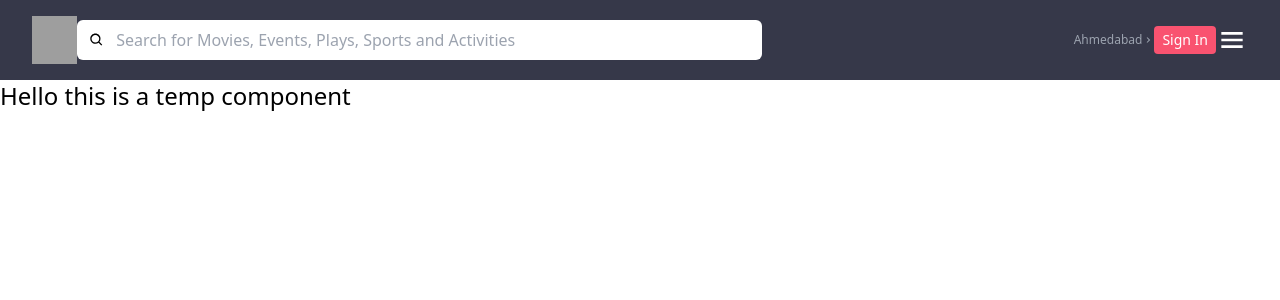
Repository: srush-shah/book-my-show-clone
Page: /
These files come from the project's save history. The page is drawn as it stood at one moment and after the next save; the edit follows.
The browser window is 1280 px wide. The pictures show the whole page.
Pictures or frames that could not be fetched are drawn as grey boxes. The project was rebuilt for these pictures with package versions that can differ from the ones it lists, and the page was loaded fresh each time.

Above is the page before, as saved 2022-11-23 02:34:05.

### src/App.jsx
import DefaultHOC from "./HOC/Default.HOC";
import Temp from "./components/temp";

function App() {
  return (
    <>
      <DefaultHOC path="/" exact element={<Temp />} />
    </>
  );
}

export default App;

### src/HOC/Default.HOC.jsx
import React from "react";
import { Route, Routes } from "react-router-dom";
import DefaultLayout from "../layouts/Default.layout";

const DefaultHOC = ({ element: Element, ...rest }) => {
  return (
    <>
      <Routes>
        <Route {...rest} exact element={<DefaultLayout element={Element} />} />
      </Routes>
    </>
  );
};

export default DefaultHOC;

### src/components/temp.jsx
import React from "react";

function Temp() {
  return (
    <>
      <h1 className="text-2xl">Hello this is a temp component</h1>
    </>
  );
}

export default Temp;

### src/layouts/Default.layout.jsx
import React from "react";

//Components
import Navbar from "../components/Navbar/navbar.component";

const DefaultLayout = ({ element: Element, ...props }) => {
  return (
    <>
      <Navbar />
      {Element}
    </>
  );
};

export default DefaultLayout;

### src/components/Navbar/navbar.component.jsx
import React from "react";
import { BiChevronRight, BiSearch, BiMenu } from "react-icons/bi";

const NavSm = () => {
  return (
    <>
      <div className="text-white flex items-center justify-between">
        <div>
          <h3 className="text-xl font-bold">It All Starts Here!</h3>
          <span className="text-gray-400 text-xs flex items-center">
            Ahmedabad <BiChevronRight />
          </span>
        </div>
        <div className="w-8 h-8">
          <BiSearch className="w-full h-full" />
        </div>
      </div>
    </>
  );
};
const NavMd = () => {
  return (
    <div className="w-full flex items-center gap-3 bg-white py-2 px-3 rounded-md">
      <BiSearch />
      <input
        type="search"
        className="w-full bg-transparent border-none focus:outline-none"
        placeholder="Search for Movies, Events, Plays, Sports and Activities"
      />
    </div>
  );
};
const NavLg = () => {
  return (
    <>
      <div className="container mx-auto px-4 flex items-center justify-between">
        <div className="flex items-center w-3/5">
          <div className="w-12 h-12">
            <img
              src="https://i.ibb.co/zPBYW3H/imgbin-bookmyshow-office-android-ticket-png.png"
              alt="logo"
              className="w-full h-full"
            />
          </div>
          <div className="w-full flex items-center gap-3 bg-white py-2 px-3 rounded-md">
            <BiSearch />
            <input
              type="search"
              className="w-full bg-transparent border-none focus:outline-none"
              placeholder="Search for Movies, Events, Plays, Sports and Activities"
            />
          </div>
        </div>
        <div className="flex items-center">
          <span className="text-gray-400 text-xs flex items-center">
            Ahmedabad <BiChevronRight />
          </span>
          <button className="bg-bmsRed-300 text-white px-2 py-1 text-sm rounded">
            Sign In
          </button>
          <div className="w-8 h-8 text-white">
            <BiMenu className="w-full h-full" />
          </div>
        </div>
      </div>
    </>
  );
};

const Navbar = () => {
  return (
    <>
      <nav className="bg-bms-700 p-4">
        <div className="md:hidden">
          <NavSm />
        </div>
        <div className="hidden md:flex lg:hidden">
          <NavMd />
        </div>
        <div className="hidden lg:flex">
          <NavLg />
        </div>
      </nav>
    </>
  );
};

export default Navbar;

### tailwind.config.js
/** @type {import('tailwindcss').Config} */
module.exports = {
  content: ["./src/**/*.{html,js,jsx}"],
  theme: {
    extend: {
      colors: {
        bms: {
          50: "#edf1fc",
          100: "#d3d4e1",
          200: "#b6b8c9",
          300: "#989bb2",
          400: "#7c7f9b",
          500: "#636582",
          600: "#4c4f66",
          700: "#363849",
          800: "#21222e",
          900: "#0a0a16",
        },
        bmsRed: {
          50: "#ffe3eb",
          100: "#ffb3c2",
          200: "#fb8399",
          300: "#f95370",
          400: "#f62448",
          500: "#dc0d2f",
          600: "#ac0624",
          700: "#7c031a",
          800: "#4c000e",
          900: "#1f0003",
        },
      },
    },
  },
  plugins: [],
};

Loaded but not shown: public/index.html (common file); src/index.jsx (common file); src/index.css (common file)

After the next save:
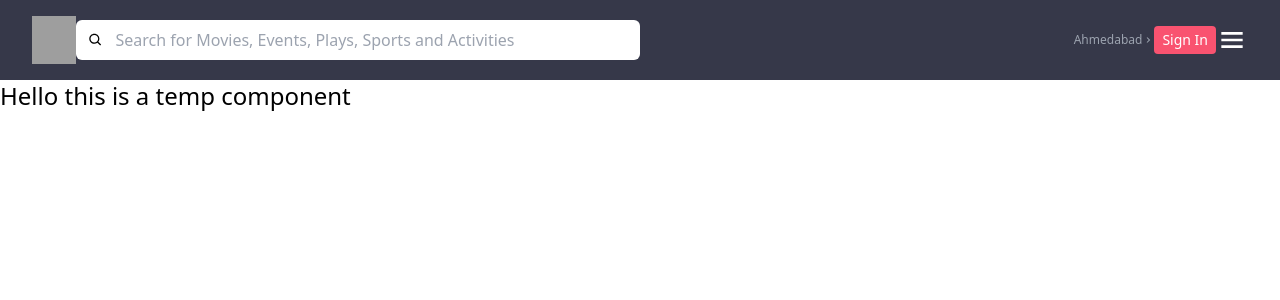
Saved 20 s later.
--- a/src/components/Navbar/navbar.component.jsx
+++ b/src/components/Navbar/navbar.component.jsx
@@ -34,7 +34,7 @@ const NavLg = () => {
   return (
     <>
       <div className="container mx-auto px-4 flex items-center justify-between">
-        <div className="flex items-center w-3/5">
+        <div className="flex items-center w-1/2">
           <div className="w-12 h-12">
             <img
               src="https://i.ibb.co/zPBYW3H/imgbin-bookmyshow-office-android-ticket-png.png"
